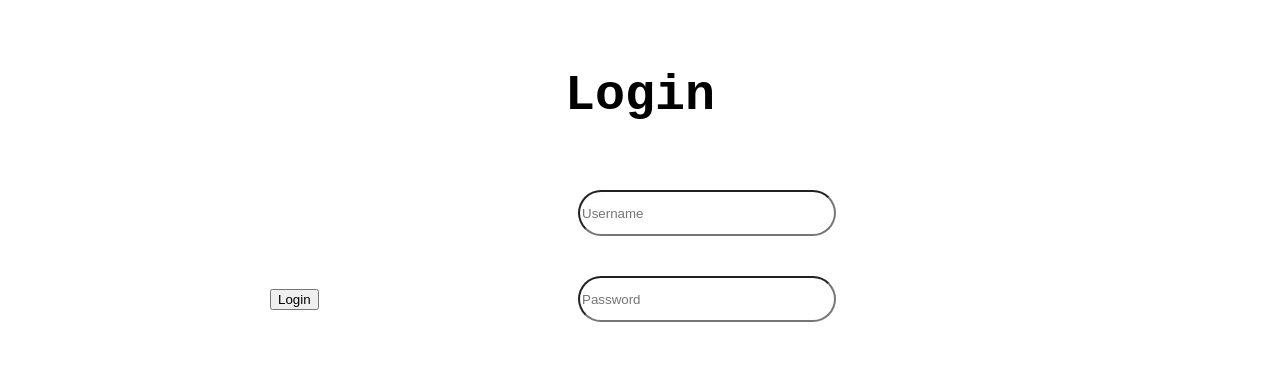
Repository: yhung004/TUTORIAL_PAGE
Page: log_in.html
The author's editor kept a copy of each file at every save. The page is drawn from the files as they stood at one save, then again after the next save.
The browser window is 1280 px wide. The pictures show the whole page.

Above is the page before, as saved 2024-04-10 12:18:00.

### log_in.html
<!DOCTYPE html>
<html lang="en">
<head>
    <meta charset="UTF-8">
    <meta name="viewport" content="width=device-width, initial-scale=1.0">
    <title>Login</title>
    <link rel="stylesheet" href="main.css">
</head>
<body>
    <h4 class="login">Login</h4>
    <input type="text" placeholder="Username" class="username"> <br>
    <input type="text" placeholder="Password" class="password">
    <button class="button_c">
        Login
    </button>
</body>
</html>

### main.css
.welcome{
    text-align: center;
    font-family: 'Courier New', Courier, monospace;
    font-size: 30px;
    margin-top: 80px;
}
.welcome_text {
    margin-top: 20px;
    text-align:center;
    font-family: 'Courier New', Courier, monospace;
    font-size: 30px;
}
.button_a {
    position: relative;
    left: 580px;
    border: 1px solid black;
    background-color:white;
    border-radius: 30px;
    font-size: 40px;
    padding: 2px 18px 2px 18px;
    margin-top: 20px;
}
.button_b {
    position: relative;
    right: -600px;
    border : 1px solid black;
    border-radius: 40px;
    background-color: rgb(63, 60, 60);
    color:white;
    font-size: 40px;
    padding: 2px 7px 2px 7px;
    margin-top: 20px;
}
a.button_b1 {
    text-decoration: none;
    color:white;
}
a.button_a1 {
    text-decoration:none;
    color:black;
}
.login {
    text-align:center;
    font-size: 50px;
    font-family: monospace;
}
.username {
    position: relative;
    border-radius: 30px;
    left: 570px;
    width: 250px;
    height: 40px;
}
.password {
    position: relative;
    border-radius: 30px;
    left: 570px;
    width: 250px;
    height: 40px;
    margin-top: 40px;
}

After the next save:
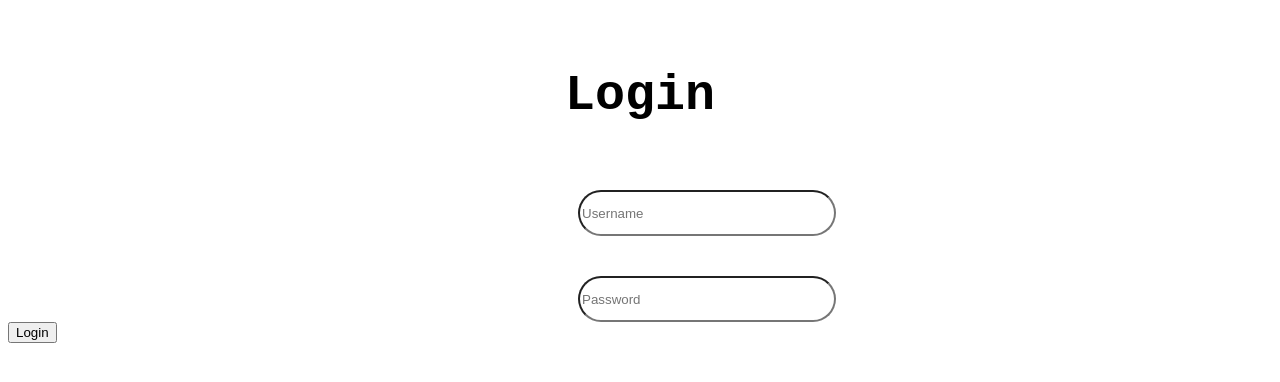
Saved 17 s later.
--- a/log_in.html
+++ b/log_in.html
@@ -9,7 +9,7 @@
 <body>
     <h4 class="login">Login</h4>
     <input type="text" placeholder="Username" class="username"> <br>
-    <input type="text" placeholder="Password" class="password">
+    <input type="text" placeholder="Password" class="password"> <br>
     <button class="button_c">
         Login
     </button>
